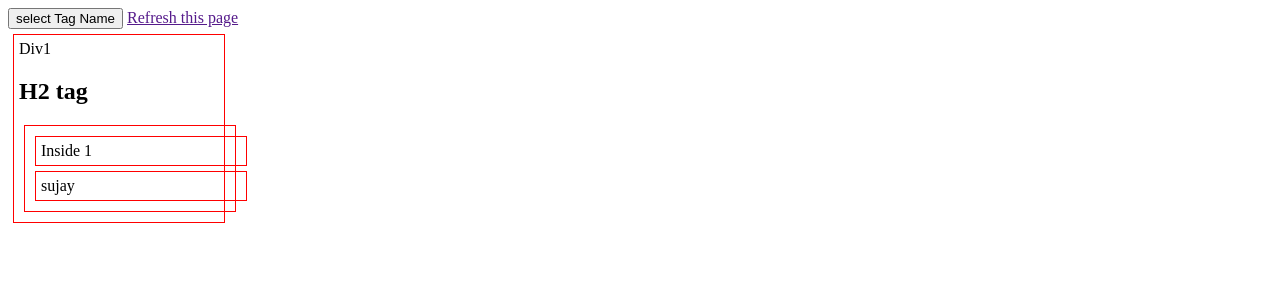
Repository: sujay-a-v/FunctionalPrograms
Page: Sujay/jQuery/jQueryExample/WebContent/SelectorTagname.html
An editor plug-in stored every save of this project. The page is shown before and after the next save, followed by the edit.
The browser window is 1280 px wide. The pictures show the whole page.
After loading, the first visible `input` was clicked once.
Some web libraries are served in a nearby version.

Above is the page before, as saved 2017-10-25 05:18:39.

### Sujay/jQuery/jQueryExample/WebContent/SelectorTagname.html
<!DOCTYPE html>
<html>
<head>
   <meta charset="utf-8">
   <title>jQuery Select elements by tagName</title>

   <script type="text/javascript" src="http://code.jquery.com/jquery-1.11.3.js"></script>

   <style>
      div {
        padding: 5px;
        margin:5px;
        width: 200px;
      }
   </style>

   <script>

      function selectTag()  {
          jQuery('div').css("border","1px solid red");
      }

   </script>
</head>
<body>

   <input type="button" onclick="selectTag();" value="select Tag Name"/>
   <a href="">Refresh this page</a>


   <div>Div1

   <h2>H2 tag</h2>

   <div>

        <div>Inside 1</div>

        <div>sujay</div>

   </div>
   </div>

</body>
</html>

After the next save:
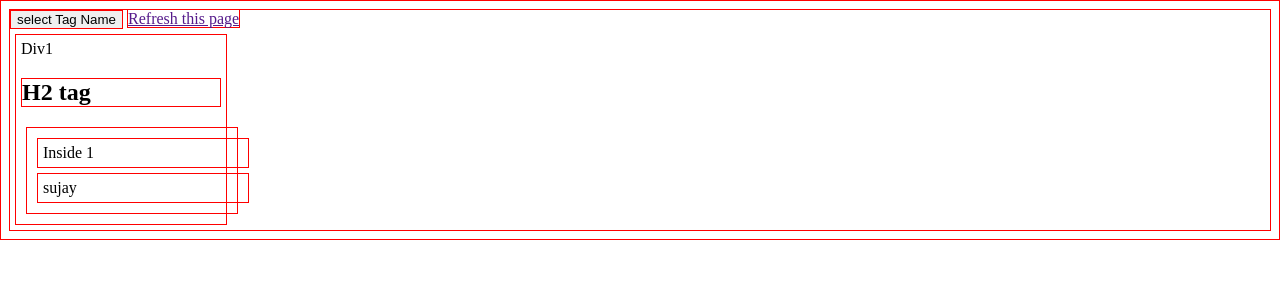
Saved 117 s later.
--- a/Sujay/jQuery/jQueryExample/WebContent/SelectorTagname.html
+++ b/Sujay/jQuery/jQueryExample/WebContent/SelectorTagname.html
@@ -17,7 +17,7 @@
    <script>
 
       function selectTag()  {
-          jQuery('div').css("border","1px solid red");
+          jQuery('*').css("border","1px solid red");
       }
 
    </script>
